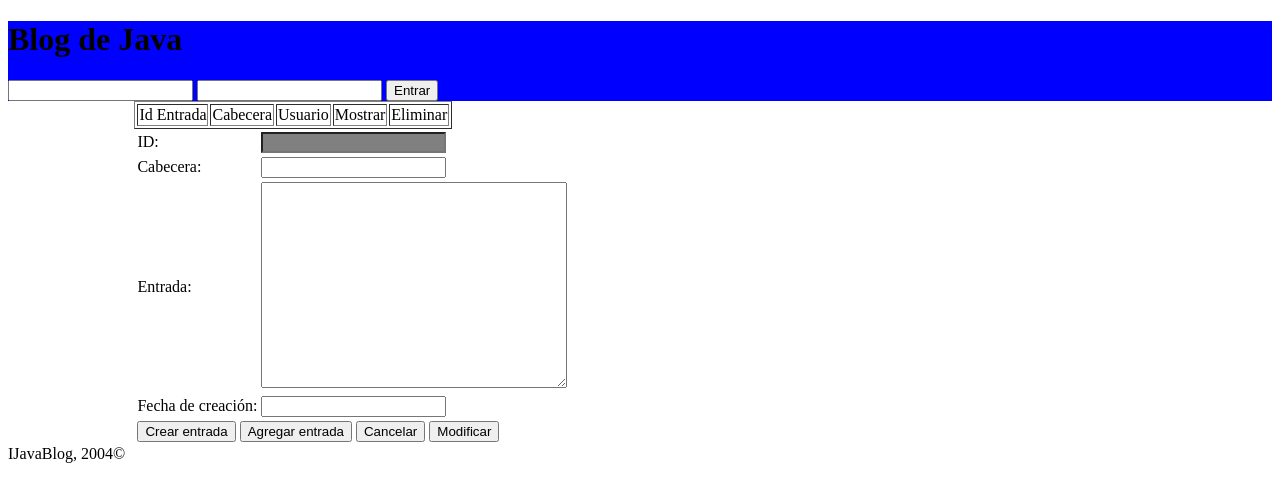
Repository: alruis/IJavaDreamBlog
Page: http://localhost/IJavaBlog/jsp/blog/inicio.jsp
The author's editor kept a copy of each file at every save. The page is drawn from the files as they stood at one save, then again after the next save.
The browser window is 1280 px wide. The pictures show the whole page.
The page is served by Tomcat 9. Nobody is signed in. The application's start-up code is not run. The template is opened directly, without the code that normally fills it, so the values that code supplies are empty.

Above is the page before, as saved 2014-09-24 15:25:28.

After the next save:
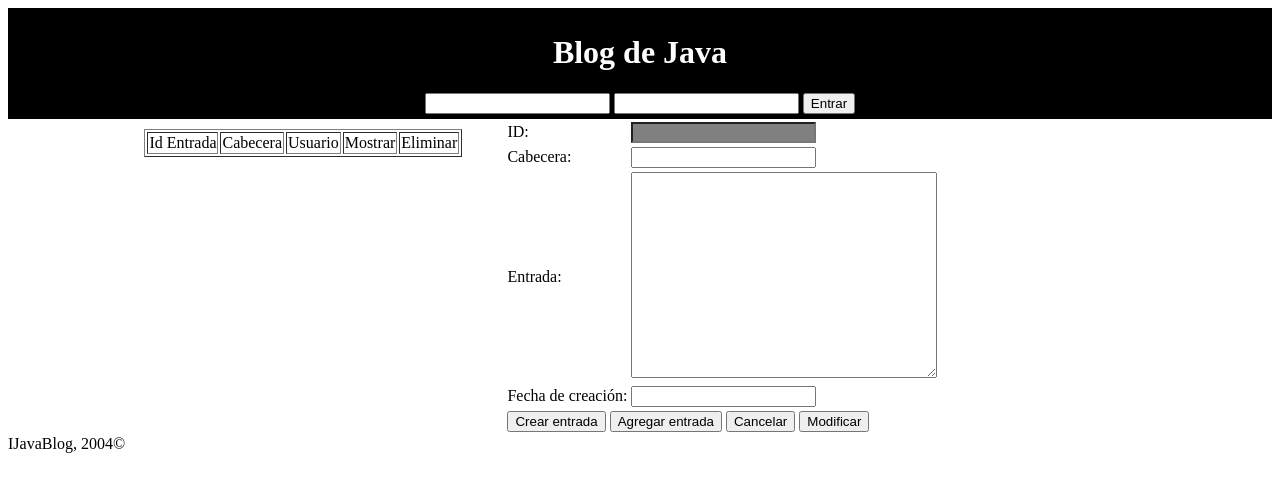
Saved 16 h 18 min later.
--- a/IJavaBlog/WebContent/jsp/blog/inicio.jsp
+++ b/IJavaBlog/WebContent/jsp/blog/inicio.jsp
@@ -22,18 +22,18 @@
 	}
 
 	div.enlaces{
-	text-align: left;
-	background-color: gray;
-	width: 20%;
-	overflow:auto;
+ 	line-height:30px;
+    background-color:#eeeeee;
+    height:300px;
+    width:100px;
+    float:left;
+    padding:5px;
 
 	}
 	div.entradas{
-	text-align: left;
-	<!--background-color: white; -->
-	width: 80%;
-
-	overflow:auto;
+	width:350px;
+    float:left;
+    padding:10px;
 
 	}
 
@@ -49,20 +49,22 @@
 
 
 	div.cabecera{
-	text-align: left;
-	background-color: blue;
-	width: 100%;
-	height: 100%;
+	 background-color:black;
+    color:white;
+    text-align:center;
+    padding:5px;
 
 	}
 
 	div.pie{
-	text-align: left;
-	<!--background-color: white; -->
-	width: 100%;
-	height: 100%;
+	 background-color:black;
+    color:white;
+    clear:both;
+    text-align:center;
+   padding:5px;
 
 	}
+
 
 
 
